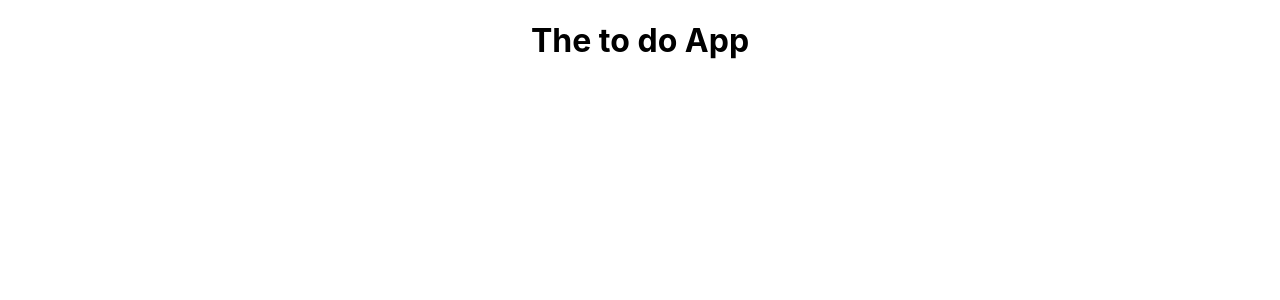
Repository: Bartolomeuss/ReactToDoAPP
Page: / (app in scrimba-to-do-app/)
The author's editor kept a copy of each file at every save. The page is drawn from the files as they stood at one save, then again after the next save.
The browser window is 1280 px wide. The pictures show the whole page.
The project was rebuilt for these pictures with package versions that can differ from the ones it lists, and the page was loaded fresh each time.

Above is the page before, as saved 2021-05-17 08:03:36.

After the next save:
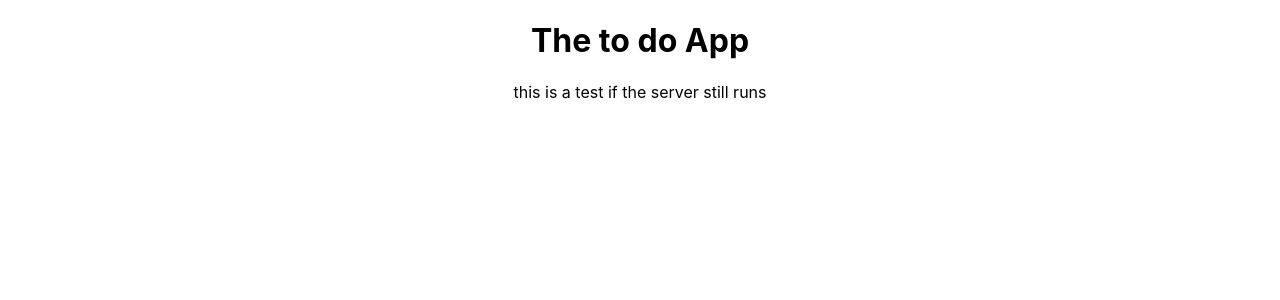
Saved 3 min 2 s later.
--- a/scrimba-to-do-app/src/App.js
+++ b/scrimba-to-do-app/src/App.js
@@ -5,6 +5,7 @@ function App() {
   return (
     <div className="App">
      <h1>The to do App</h1>
+     <p>this is a test if the server still runs</p>
     </div>
   );
 }
